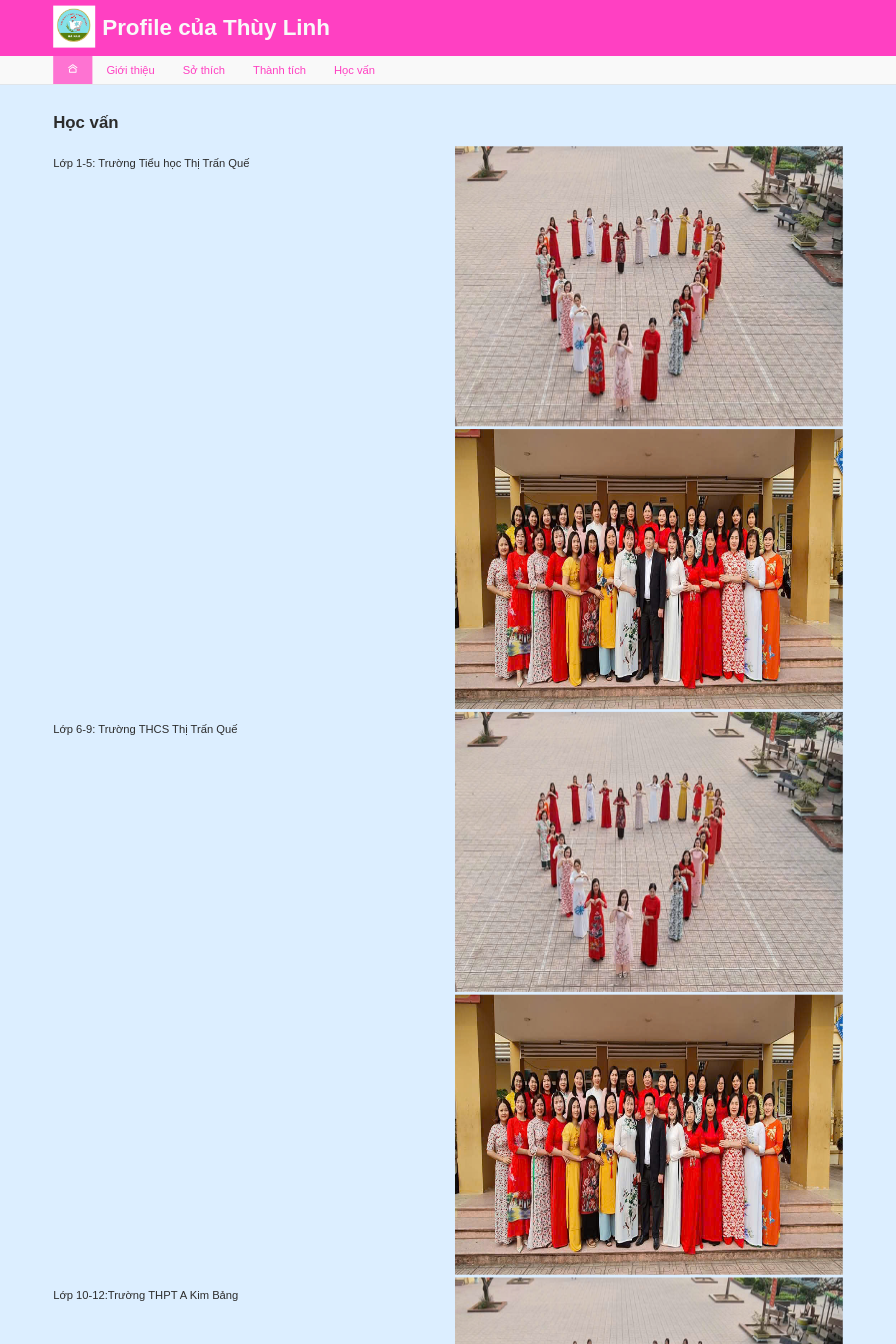
Repository: DucLong-PD07979/profile-vu-thuy-linh
Page: hoc-van.html
An editor plug-in stored every save of this project. The page is shown before and after the next save, followed by the edit.
The browser window is 1280 px wide. The pictures show the part of the page from y = 0 to 1920 px (the page is 2821 px tall), at 70% of full size.

Above is the page before, as saved 2025-03-13 22:16:46.
Not found: script.js

After the next save:
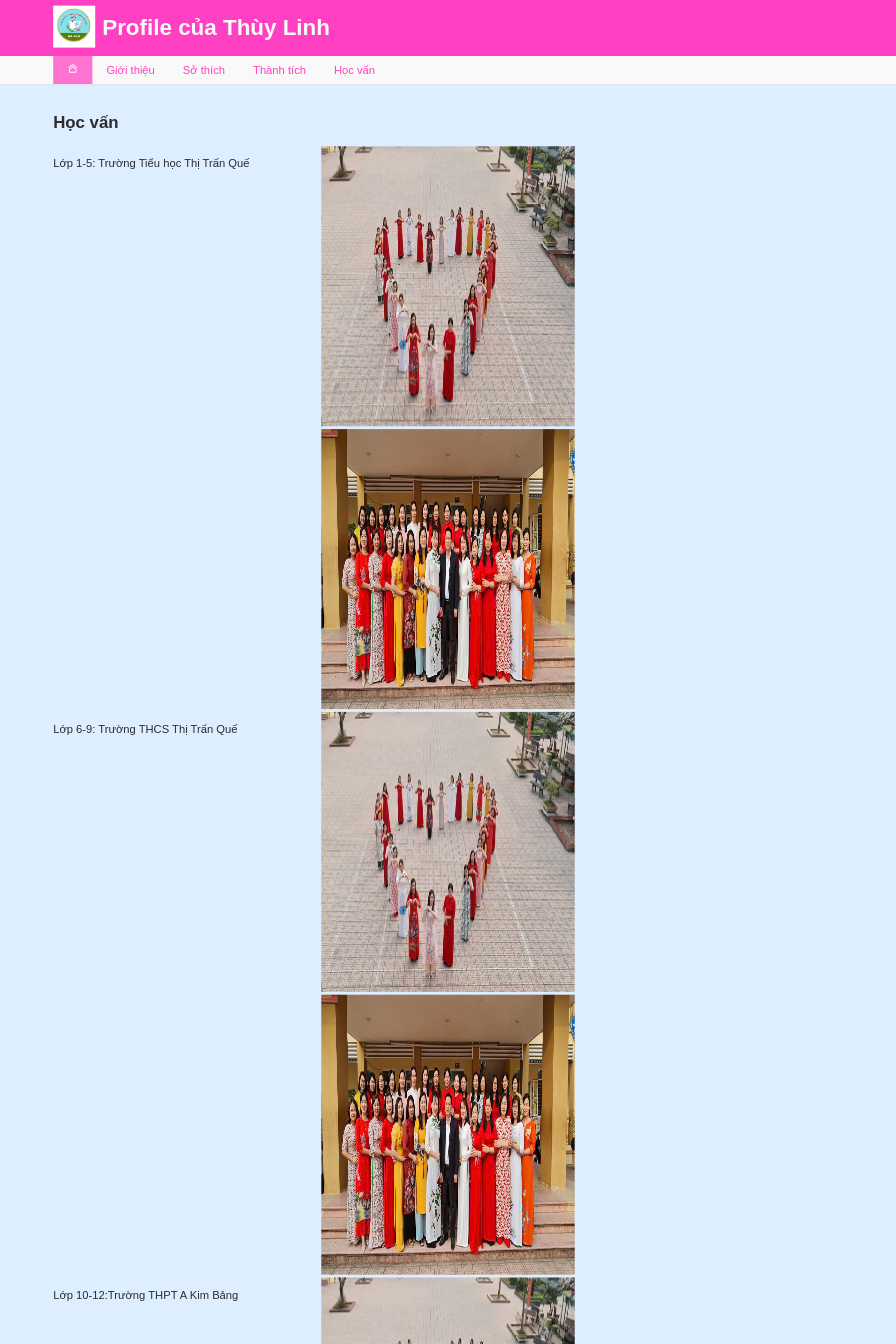
Saved 9 s later.
--- a/css/main.css
+++ b/css/main.css
@@ -226,7 +226,7 @@ nav ul li:hover .menu-children {
 
 .education-section-content .box {
     display: grid;
-    grid-template-columns: 1fr 1fr;
+    grid-template-columns: 1fr 1fr 1fr;
     gap: 20px;
 }
 
